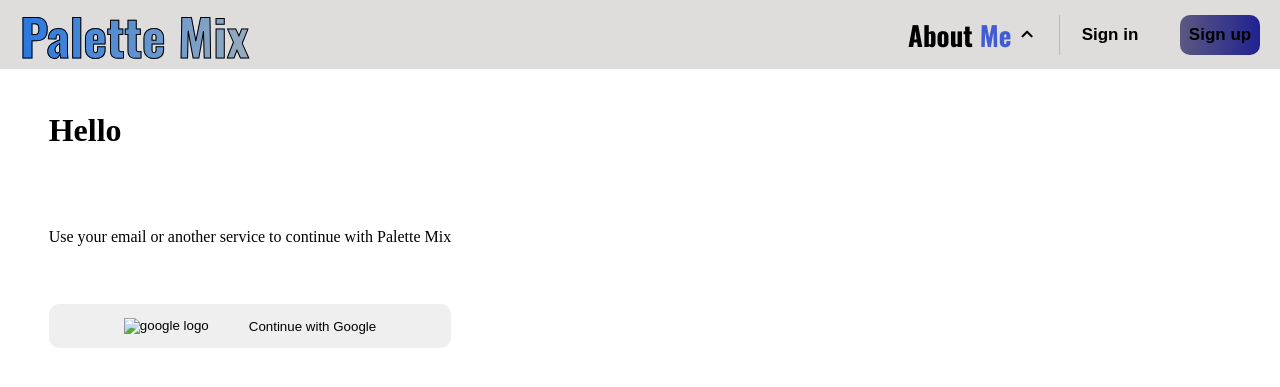
Repository: dmpelaez/Login-Signup-form
Page: Color/colorHeader.html
These files come from the project's save history. The page is drawn as it stood at one moment and after the next save; the edit follows.
The browser window is 1280 px wide. The pictures show the window.
A layer covers the whole window, so only the first screen is drawn. Some web libraries are served in a nearby version.

Above is the page before, as saved 2025-12-13 07:09:24.

After the next save:
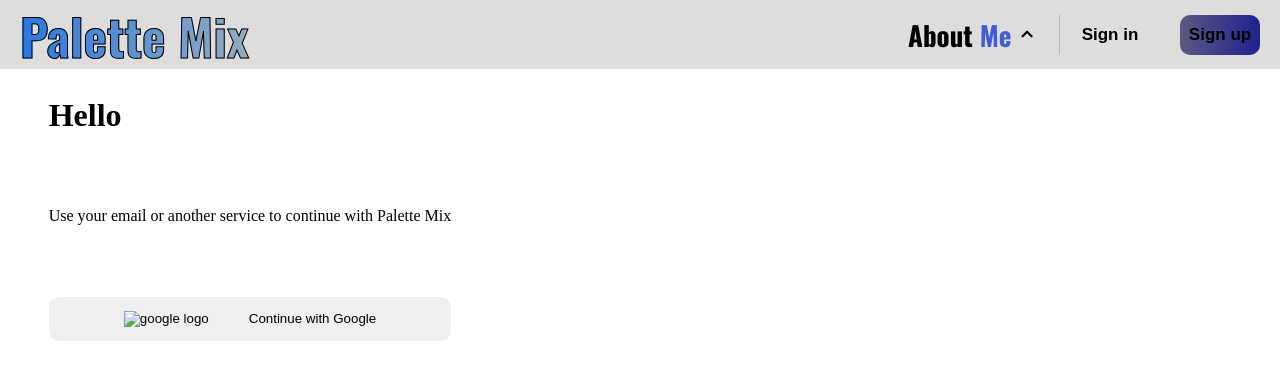
Saved 22 s later.
--- a/Color/colorMain.css
+++ b/Color/colorMain.css
@@ -702,4 +702,5 @@ background-color: white;
 }
 .hello-text {
   display: inline-block;
-}
+  margin: 0px;
+}
